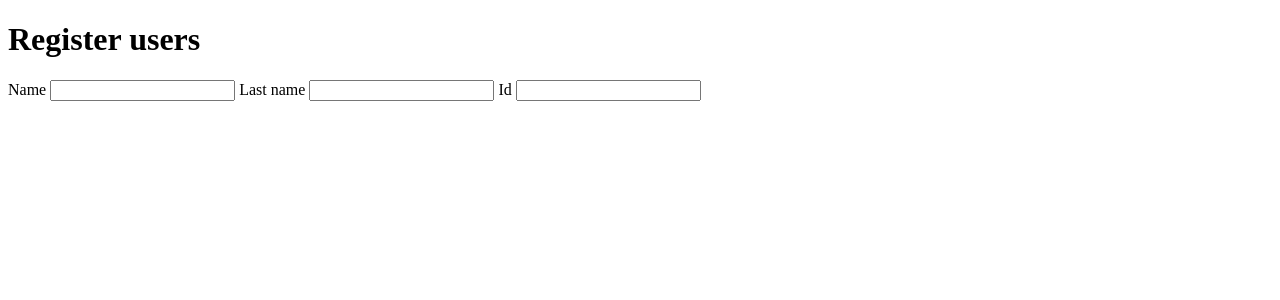
Repository: alexander7-co/proyecto9
Page: templates/register.html
The author's editor kept a record of every edit. The page is drawn from the files as they stood at one moment, then again after the next edit.
The browser window is 1280 px wide. The pictures show the whole page.

Above is the page before.

After the next edit:
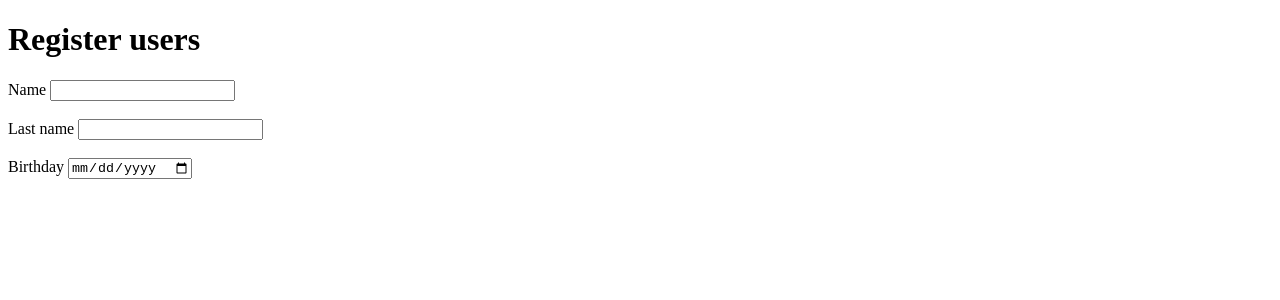
The edit:
--- a/templates/register.html
+++ b/templates/register.html
@@ -7,8 +7,9 @@
     <body>
         <h1>Register users</h1>
         <form>
-            <label>Name</label> <input type= "text"/>
-            <label>Last name</label> <input type= "text"/>
-            <label>Id</label> <input type= "text"/>
+            <label>Name</label> <input type= "text"/><br><br>
+            <label>Last name</label> <input type= "text"/><br><br>
+            <label>Birthday</label> <input type= "date"/>
+
     </body>
 </html>
